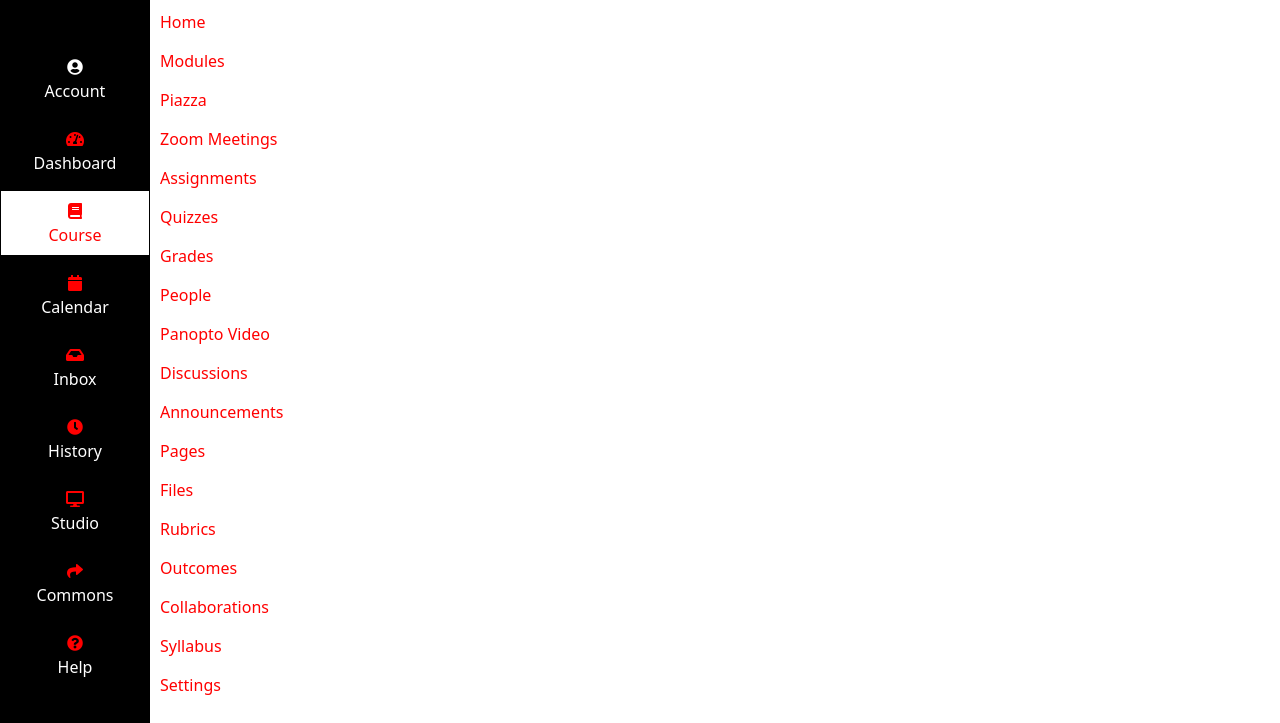
Repository: yuqiant/kanbas-react-web-app
Page: public/kanbas/coursecol.html
The author's editor kept a copy of each file at every save. The page is drawn from the files as they stood at one save, then again after the next save.
The browser window is 1280 px wide. The pictures show the whole page.

Above is the page before, as saved 2023-10-04 01:06:24.

### public/kanbas/coursecol.html
<!DOCTYPE html>
<html lang="en">

<head>
    <meta charset="UTF-8">
    <meta name="viewport" content="width=device-width, initial-scale=1.0">

    <title>Column Interaction</title>
    <link rel="stylesheet" href="../vendors/fontawesome/css/all.min.css">
    <link rel="stylesheet" href="../vendors/bootstrap/css/bootstrap.min.css" />
    <link href="firstcol.css" rel="stylesheet" />
    <link href="secondcol.css" rel="stylesheet" />
    <!-- <style>
        table {
            width: 100%;
            border-collapse: collapse;
        }

        td {
            width: 50%;
            border: 1px solid transparent;
            padding: 20px;
            vertical-align: top;
        }
    </style> -->
</head>

<body>
    <table>
        <tr>
            <td id="firstColumn" style="width: 150px;">
                <ul>
                    <li><i class="fa fa-user-circle fa-inverse"></i><a href="accountcol.html">Account</a>
                    </li>
                    <li><i class="fas fa-tachometer-alt" style="color: red;"></i><a href="#">Dashboard</a></li>
                    <li class="active"><i class="fas fa-book" style="color: red;"></i><a href="coursecol.html"
                            style="color: red;">Course</a></li>
                    <li><i class="fas fa-calendar" style="color: red;"></i><a href=" #">Calendar</a></li>
                    <li><i class="fas fa-inbox" style="color: red;"></i><a href="#">Inbox</a></li>
                    <li><i class="fas fa-clock" style="color: red;"></i><a href="#">History</a></li>
                    <li><i class="fas fa-desktop" style="color: red;"></i><a href="#">Studio</a></li>
                    <li><i class="fas fa-share" style="color: red;"></i><a href="#">Commons</a></li>
                    <li><i class="fas fa-question-circle" style="color: red;"></i><a href="#">Help</a></li>
                </ul>


            </td>
            <td id="secondColumn" style="width: 150px;">
                <ul>
                    <li><a href="home.html">Home</a></li>
                    <li><a href="#">Modules</a></li>
                    <li><a href="#">Piazza</a></li>
                    <li><a href="#">Zoom Meetings</a></li>
                    <li><a href="assignment/index.html">Assignments</a></li>
                    <li><a href="#">Quizzes</a></li>
                    <li><a href="grades.html">Grades</a></li>
                    <li><a href="#">People</a></li>
                    <li><a href="#">Panopto Video</a></li>
                    <li><a href="#">Discussions</a></li>
                    <li><a href="#">Announcements</a></li>
                    <li><a href="#">Pages</a></li>
                    <li><a href="#">Files</a></li>
                    <li><a href="#">Rubrics</a></li>
                    <li><a href="#">Outcomes</a></li>
                    <li><a href="#">Collaborations</a></li>
                    <li><a href="#">Syllabus</a></li>
                    <li><a href="coursesetting.html">Settings</a></li>
                </ul>
            </td>
        </tr>
    </table>

</body>

</html>

### public/kanbas/firstcol.css
.active {
    background-color: white;
    color: red;
}





#firstColumn {
    width: 80px;
    /* Adjust sidebar width as needed (between 75 and 85 pixels) */
    background-color: black;
    color: white;
    text-align: center;
    padding-top: 20px;
    /* Adjust top padding as needed */
}

/* Sidebar links styling */
#firstColumn ul {
    list-style-type: none;
    padding: 0;
}

#firstColumn li {
    margin: 8px 0;
    /* Adjust margin between links as needed (between 5 and 10 pixels) */
    padding: 8px;
    /* Adjust padding around links as needed (between 5 and 10 pixels) */
}



#firstColumn a {
    color: white;
    text-decoration: none;
    display: block;
}

/* Styling for active link */

### public/kanbas/secondcol.css
#secondColumn {
    width: 200px;
    /* background-color: #f5f5f5; */
    /* Background color for the sidebar */
    padding: 10px;
}




#secondColumn a {
    color: red;
    /* 设置链接文本颜色为红色 */
    text-decoration: none;
    /* 去掉超链接下划线 */

}


ul {
    list-style: none;
    padding: 0;
}

#secondColumn li {
    margin-bottom: 15px;
}

#secondColumn li.active a {
    color: black;
    padding-left: 10px;
    /* Adjust this value as needed */
    border-left: 20px solid black;
}

Loaded but not shown: public/vendors/fontawesome/css/all.min.css (library); public/vendors/bootstrap/css/bootstrap.min.css (library)

After the next save:
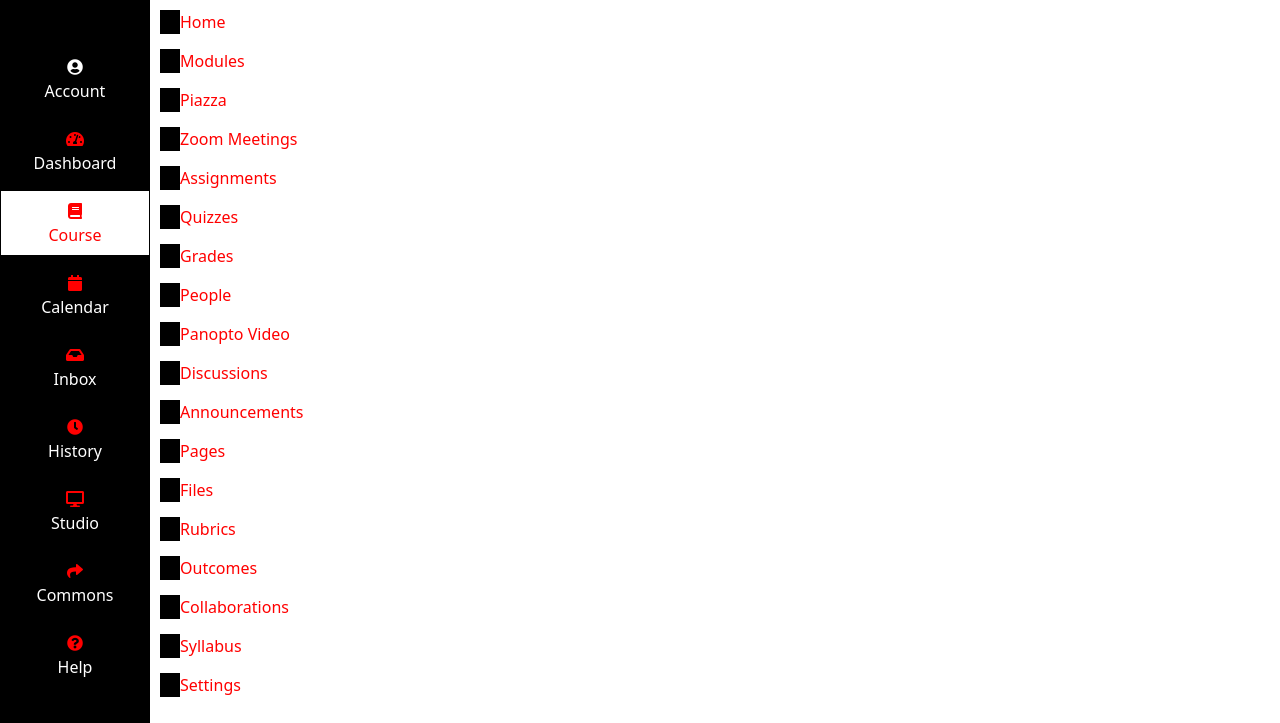
Saved 15 s later.
--- a/public/kanbas/secondcol.css
+++ b/public/kanbas/secondcol.css
@@ -24,6 +24,7 @@ ul {
 
 #secondColumn li {
     margin-bottom: 15px;
+    border-left: 20px solid black;
 }
 
 #secondColumn li.active a {

After the save that followed:
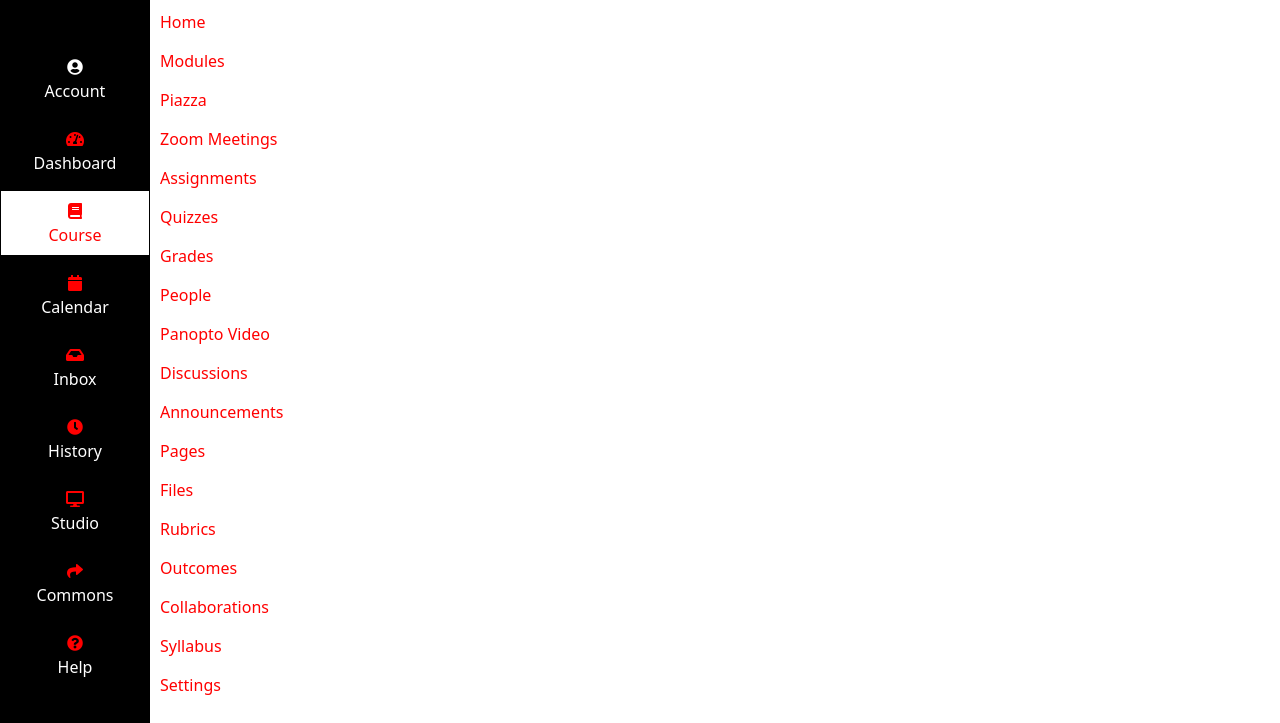
Saved 10 s later.
--- a/public/kanbas/secondcol.css
+++ b/public/kanbas/secondcol.css
@@ -24,7 +24,7 @@ ul {
 
 #secondColumn li {
     margin-bottom: 15px;
-    border-left: 20px solid black;
+    border-left: 20px;
 }
 
 #secondColumn li.active a {
